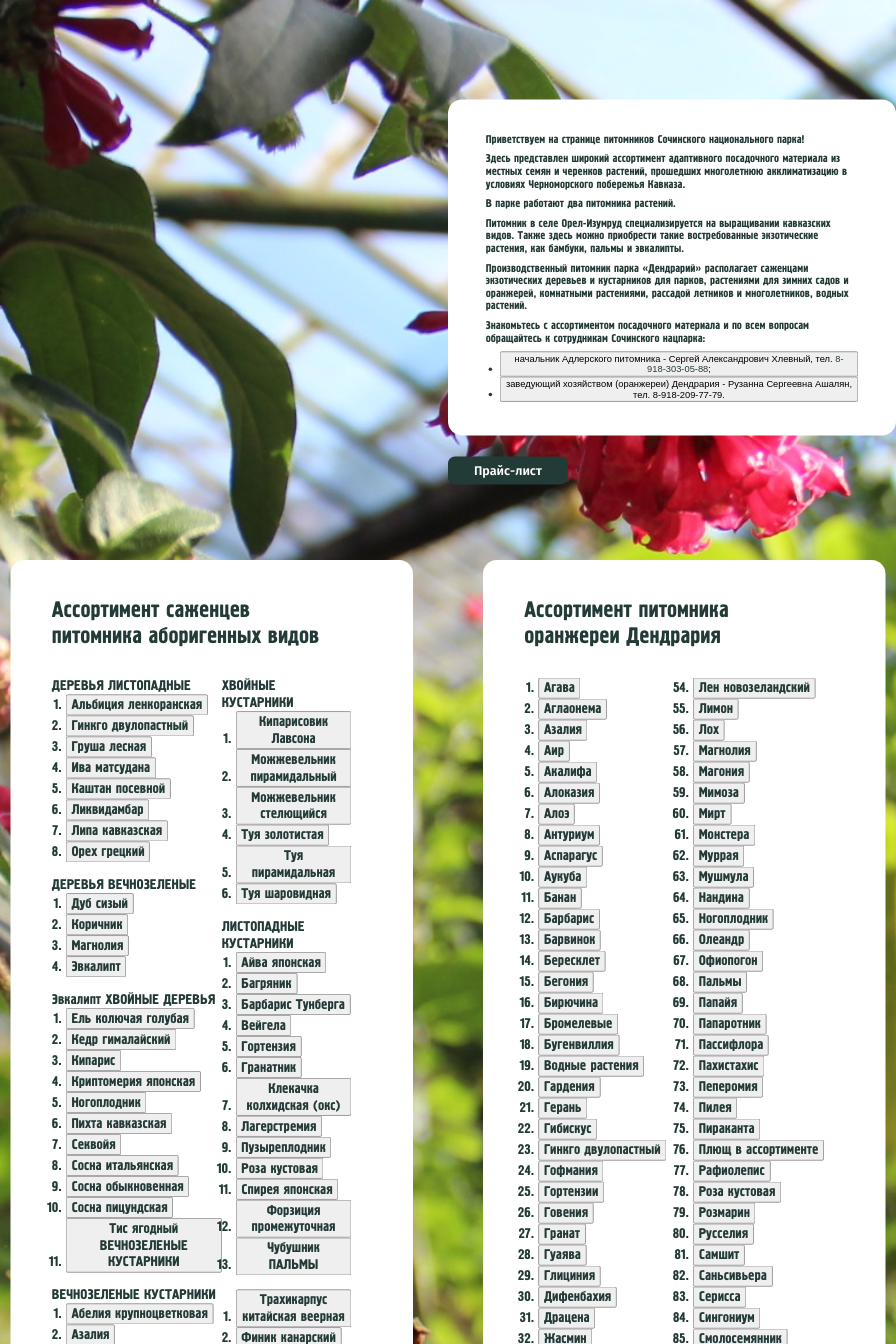
Repository: sem1103/np-sochi
Page: index.html
An editor plug-in stored every save of this project. The page is shown before and after the next save, followed by the edit.
The browser window is 1280 px wide. The pictures show the part of the page from y = 0 to 1920 px (the page is 2843 px tall before and 2525 px after), at 70% of full size.

Above is the page before, as saved 2024-01-17 22:18:58.

### index.html
<!DOCTYPE html>
<html lang="en">

<head>
    <meta charset="UTF-8">
    <meta name="viewport" content="width=device-width, initial-scale=1.0">
    <title>Сочинский Национальный Парк</title>

    <link rel="stylesheet" href="styles/reset.css">
    <link rel="stylesheet" href="styles/main.css">
</head>

<body>
    <div id="page">
        <header></header>

        <main>
            <div class="top__text container">
                <div class="text__content">
                    <p>
                        Приветствуем на странице питомников Сочинского национального парка!
                    </p>
                    <p>
                        Здесь представлен широкий ассортимент адаптивного посадочного материала из местных семян и
                        черенков растений, прошедших многолетнюю акклиматизацию в условиях Черноморского побережья
                        Кавказа.
                    </p>
                    <p>
                        В парке работают два питомника растений.
                    </p>
                    <p>
                        Питомник в селе Орел-Изумруд специализируется на выращивании кавказских видов. Также здесь можно
                        приобрести такие востребованные экзотические растения, как бамбуки, пальмы и эвкалипты.
                    </p>
                    <p>
                        Производственный питомник парка «Дендрарий» располагает саженцами экзотических деревьев и
                        кустарников для парков, растениями для зимних садов и оранжерей, комнатными растениями, рассадой
                        летников и многолетников, водных растений.
                    </p>
                    <p>
                        Знакомьтесь с ассортиментом посадочного материала и по всем вопросам обращайтесь к сотрудникам
                        Сочинского нацпарка:
                    </p>
                    <ul>
                        <li><button>начальник Адлерского питомника - Сергей Александрович Хлевный, тел. <a
                                href="tel:+79183030588">8-918-303-05-88</a>;</button></li>
                        <li><button>заведующий хозяйством (оранжереи) Дендрария - Рузанна Сергеевна Ашалян, тел.
                            8-918-209-77-79.</button></li>
                    </ul>
                </div>
                <div class="price__list">
                    <button>Прайс-лист</button>

                </div>
            </div>

            <div class="items__block container">
                <div class="item">
                    <h3>
                        Ассортимент саженцев <br>
                        питомника аборигенных видов
                    </h3>
                    <div>
                        <div class="left__items">
                            <h5>
                                ДЕРЕВЬЯ ЛИСТОПАДНЫЕ
                            </h5>
                            <ol>
                                <li><button>Альбиция ленкоранская</button></li>
                                <li><button>Гинкго двулопастный</button></li>
                                <li><button>Груша лесная</button></li>
                                <li><button>Ива матсудана</button></li>
                                <li><button>Каштан посевной</button></li>
                                <li><button>Ликвидамбар</button></li>
                                <li><button>Липа кавказская</button></li>
                                <li><button>Орех грецкий</button></li>
                            </ol>

                            <h5>
                                ДЕРЕВЬЯ ВЕЧНОЗЕЛЕНЫЕ
                            </h5>
                            <ol>
                                <li><button>Дуб сизый</button></li>
                                <li><button>Коричник</button></li>
                                <li><button>Магнолия</button></li>
                                <li><button>Эвкалипт</button></li>
                            </ol>

                            <h5>Эвкалипт ХВОЙНЫЕ ДЕРЕВЬЯ</h5>
                            <ol>
                                <li><button>Ель колючая голубая</button></li>
                                <li><button>Кедр гималайский</button></li>
                                <li><button>Кипарис </button></li>
                                <li><button>Криптомерия японская</button></li>
                                <li><button>Ногоплодник </button></li>
                                <li><button>Пихта кавказская</button></li>
                                <li><button>Секвойя </button></li>
                                <li><button>Сосна итальянская</button></li>
                                <li><button>Сосна обыкновенная</button></li>
                                <li><button>Сосна пицундская</button></li>
                                <li><button>Тис ягодный ВЕЧНОЗЕЛЕНЫЕ КУСТАРНИКИ</button></li>
                            </ol>

                            <h5>ВЕЧНОЗЕЛЕНЫЕ КУСТАРНИКИ</h5>
                            <ol>
                                <li><button>Абелия крупноцветковая</button></li>
                                <li><button>Азалия</button></li>
                                <li><button>Аукуба японская</button></li>
                                <li><button>Барбарис Сулье</button></li>
                                <li><button>Бересклет японский</button></li>
                                <li><button>Бересклет Форчуна</button></li>
                                <li><button>Бирючина обыкновенная</button></li>
                                <li><button>Буддлея</button></li>
                                <li><button>Жасмин Месни</button></li>
                                <li><button>Жимолость блестящая</button></li>
                                <li><button>Зверобой триколор</button></li>
                                <li><button>Иглица колхидская</button></li>
                                <li><button>Камелия</button></li>
                                <li><button>Каллистемон</button></li>
                                <li><button>Керия японская</button></li>
                                <li><button>Кизильники</button></li>
                                <li><button>Лавровишня</button></li>
                                <li><button>Магония</button></li>
                                <li><button>Мирт</button></li>
                                <li><button>Нандина домашняя</button></li>
                                <li><button>Олеандр</button></li>
                                <li><button>Падуб</button></li>
                                <li><button>Пираканта</button></li>
                                <li><button>Розмарин</button></li>
                                <li><button>Самшит колхидский</button></li>
                                <li><button>Саркококка</button></li>
                                <li><button>Серисса</button></li>
                                <li><button>Смолосемянник</button></li>
                                <li><button>Эрика</button></li>
                                <li><button>Эскаллония красная</button></li>
                            </ol>
                        </div>

                        <div class="right__items">
                            <h5>ХВОЙНЫЕ КУСТАРНИКИ</h5>
                            <ol>
                                <li><button>Кипарисовик Лавсона</button></li>
                                <li><button>Можжевельник пирамидальный</button></li>
                                <li><button>Можжевельник стелющийся</button></li>
                                <li><button>Туя золотистая</button></li>
                                <li><button>Туя пирамидальная</button></li>
                                <li><button>Туя шаровидная</button></li>
                            </ol>

                            <h5>ЛИСТОПАДНЫЕ КУСТАРНИКИ</h5>
                            <ol>
                                <li><button>Айва японская</button></li>
                                <li><button>Багряник</button></li>
                                <li><button>Барбарис Тунберга</button></li>
                                <li><button>Вейгела</button></li>
                                <li><button>Гортензия</button></li>
                                <li><button>Гранатник</button></li>
                                <li><button>Клекачка колхидская (окс)</button></li>
                                <li><button>Лагерстремия</button></li>
                                <li><button>Пузыреплодник</button></li>
                                <li><button>Роза кустовая</button></li>
                                <li><button>Спирея японская</button></li>
                                <li><button>Форзиция промежуточная</button></li>
                                <li><button>Чубушник ПАЛЬМЫ</button></li>
                            </ol>
                            <ol>
                                <li><button>Трахикарпус китайская веерная</button></li>
                                <li><button>Финик канарский</button></li>
                                <li><button>Хамеропс приземистый</button></li>
                            </ol>
                        </div>
                    </div>
                </div>

                <div class="item">
                    <h3>Ассортимент питомника  <br>
                        оранжереи Дендрария</h3>
                    <div>
                        <div class="left__items">
                            <ol>
                                <li><button>Агава</button></li>
                                <li><button>Аглаонема</button></li>
                                <li><button>Азалия</button></li>
                                <li><button>Аир</button></li>
                                <li><button>Акалифа</button></li>
                                <li><button>Алоказия</button></li>
                                <li><button>Алоэ</button></li>
                                <li><button>Антуриум</button></li>
                                <li><button>Аспарагус</button></li>
                                <li><button>Аукуба</button></li>
                                <li><button>Банан</button></li>
                                <li><button>Барбарис</button></li>
                                <li><button>Барвинок</button></li>
                                <li><button>Бересклет</button></li>
                                <li><button>Бегония</button></li>
                                <li><button>Бирючина</button></li>
                                <li><button>Бромелевые</button></li>
                                <li><button>Бугенвиллия</button></li>
                                <li><button>Водные растения</button></li>
                                <li><button>Гардения</button></li>
                                <li><button>Герань</button></li>
                                <li><button>Гибискус</button></li>
                                <li><button>Гинкго двулопастный</button></li>
                                <li><button>Гофмания</button></li>
                                <li><button>Гортензии</button></li>
                                <li><button>Говения</button></li>
                                <li><button>Гранат</button></li>
                                <li><button>Гуаява</button></li>
                                <li><button>Глициния</button></li>
                                <li><button>Дифенбахия</button></li>
                                <li><button>Драцена</button></li>
                                <li><button>Жасмин</button></li>
                                <li><button>Жимолость</button></li>
                                <li><button>Идезия</button></li>
                                <li><button>Ива</button></li>
                                <li><button>Изолепис</button></li>
                                <li><button>Камелия</button></li>
                                <li><button>Кактус</button></li>
                                <li><button>Кардамон</button></li>
                                <li><button>Канна</button></li>
                                <li><button>Киви</button></li>
                                <li><button>Кизильник</button></li>
                                <li><button>Клеродендрум</button></li>
                                <li><button>Кордилина</button></li>
                                <li><button>Корнус</button></li>
                                <li><button>Красивоплодник</button></li>
                                <li><button>Кротон</button></li>
                                <li><button>Кудрания</button></li>
                                <li><button>Куфея</button></li>
                                <li><button>Лаванда</button></li>
                                <li><button>Лавр</button></li>
                                <li><button>Лавровишня</button></li>
                                <li><button>Лагерстремия</button></li>
                            </ol>
                        </div>

                        <div class="right__items">
                            <ol start="54">
                                <li><button>Лен новозеландский</button></li>
                                <li><button>Лимон</button></li>
                                <li><button>Лох</button></li>
                                <li><button>Магнолия</button></li>
                                <li><button>Магония</button></li>
                                <li><button>Мимоза</button></li>
                                <li><button>Мирт</button></li>
                                <li><button>Монстера</button></li>
                                <li><button>Муррая</button></li>
                                <li><button>Мушмула</button></li>
                                <li><button>Нандина</button></li>
                                <li><button>Ногоплодник</button></li>
                                <li><button>Олеандр</button></li>
                                <li><button>Офиопогон</button></li>
                                <li><button>Пальмы</button></li>
                                <li><button>Папайя</button></li>
                                <li><button>Папаротник</button></li>
                                <li><button>Пассифлора</button></li>
                                <li><button>Пахистахис</button></li>
                                <li><button>Пеперомия</button></li>
                                <li><button>Пилея</button></li>
                                <li><button>Пираканта</button></li>
                                <li><button>Плющ в ассортименте</button></li>
                                <li><button>Рафиолепис</button></li>
                                <li><button>Роза кустовая</button></li>
                                <li><button>Розмарин</button></li>
                                <li><button>Русселия</button></li>
                                <li><button>Самшит</button></li>
                                <li><button>Саньсивьера</button></li>
                                <li><button>Серисса</button></li>
                                <li><button>Сингониум</button></li>
                                <li><button>Смолосемянник</button></li>
                                <li><button>Спирея</button></li>
                                <li><button>Спатифилиум</button></li>
                                <li><button>Суккуленты</button></li>
                                <li><button>Сциндапсус</button></li>
                                <li><button>Текома</button></li>
                                <li><button>Тетрастигма</button></li>
                                <li><button>Тунбергия</button></li>
                                <li><button>Фатсхидера</button></li>
                                <li><button>Фейхоа</button></li>
                                <li><button>Фикус</button></li>
                                <li><button>Филодендрон</button></li>
                                <li><button>Фиттония</button></li>
                                <li><button>Форзиция</button></li>
                                <li><button>Хвойные</button></li>
                                <li><button>Хлорофитум</button></li>
                                <li><button>Хоста</button></li>
                                <li><button>Циперус</button></li>
                                <li><button>Циссус</button></li>
                                <li><button>Эвкалипт</button></li>
                                <li><button>Юкка</button></li>
                                <li><button>Якобиния</button></li>
                            </ol>
                        </div>
                    </div>

                </div>
            </div>
        </main>

        <footer></footer>
    </div>
</body>

</html>

### styles/reset.css

:root{
    --gray: #233B37;
}
html{
    scroll-behavior: smooth;
}
html,
body,
div,
span,
applet,
object,
iframe,
h1,
h2,
h3,
h4,
h5,
h6,
p,
blockquote,
pre,
a,
abbr,
acronym,
address,
big,
cite,
code,
del,
dfn,
em,
img,
ins,
kbd,
q,
s,
samp,
small,
strike,
strong,
sub,
sup,
tt,
var,
b,
u,
i,
center,
dl,
dt,
dd,
ol,
ul,
li,
fieldset,
form,
label,
legend,
table,
caption,
tbody,
tfoot,
thead,
tr,
th,
td,
article,
aside,
canvas,
details,
embed,
figure,
figcaption,
footer,
header,
hgroup,
menu,
nav,
output,
ruby,
section,
summary,
time,
mark,
audio,
video {
    margin: 0;
    padding: 0;
    border: 0;
    font-size: 100%;
    font: inherit;
    vertical-align: baseline
}

article,
aside,
details,
figcaption,
figure,
footer,
header,
hgroup,
menu,
nav,
section {
    display: block
}

body {
    line-height: 1;
    font-family: Hermes;
}

ol,
ul {
    list-style: none
}

blockquote,
q {
    quotes: none
}

blockquote:before,
blockquote:after,
q:before,
q:after {
    content: '';
    content: none
}

table {
    border-collapse: collapse;
    border-spacing: 0
}

a {
    text-decoration: none;
    color: var(--gray);
    transition: all .3s ease-in-out
}

a:hover {
    color: #365edc;
}

* {
    box-sizing: border-box
}




.active__menu{
    opacity: .7;
    color: var(--gray);
}
#page{
    min-height: 100vh;
}

.container{
    max-width: 1652px;
    margin: auto;
    padding: 0 15px;
}
main img{
    width: 100%;
    height: auto;
}

### styles/main.css
@import url('https://fonts.googleapis.com/css2?family=Fira+Sans:wght@600&display=swap');
@font-face {
    font-family: 'Hermes';
    src: url('font/hermes.ttf'),
    url(font/hermes.woff),
    url(font/hermes.woff2) ;

}


main{
    background: url(../img/main-bg.png) center/cover;
}
p, li{
    font: 16px 'Hermes';
    color: var(--gray);
}
p{
    margin: 0 0 10px 0;
}
.top__text{
    padding: 142px 0 108px 0;
}
.text__content{
    padding: 48px 54px;
    background-color: #fff;
    width: 50%;
    margin: 0 0 30px auto;
    border-radius: 20px;
}
li{
    list-style: disc;
    margin: 0 0 0 20px;
}
.price__list{
    width: 50%;
    margin: 0 0 0 auto;
}
.price__list button{
    padding: 9px 37px;
    font: 600 18px 'Fira Sans';
    margin: 0;
    background: var(--gray);
    color: #fff;
    border: 0;
    border-radius: 10px;
}

h3{
    color: var(--gray);
    font: 32px 'Hermes';
    margin: 0 0 40px 0;
}
h5{
    color: var(--gray);
    font: 20px Hermes;
}
.items__block{
    display: flex;
    flex-direction: row;
    justify-content: space-between;
}
.item{
    flex-basis: calc(50% - 50px);
    background: #fff;
    padding: 52px 88px 61px 59px;
    border-radius: 20px;

}
.item > div{
    display: flex;
    justify-content: space-between;
}
ol{
    margin: 0 0 20px 0;
}
ol li{
    list-style: decimal;
    font: 20px Hermes;
    color: var(--gray);
}
ol button{
    font: inherit;
    color: inherit;
}

After the next save:
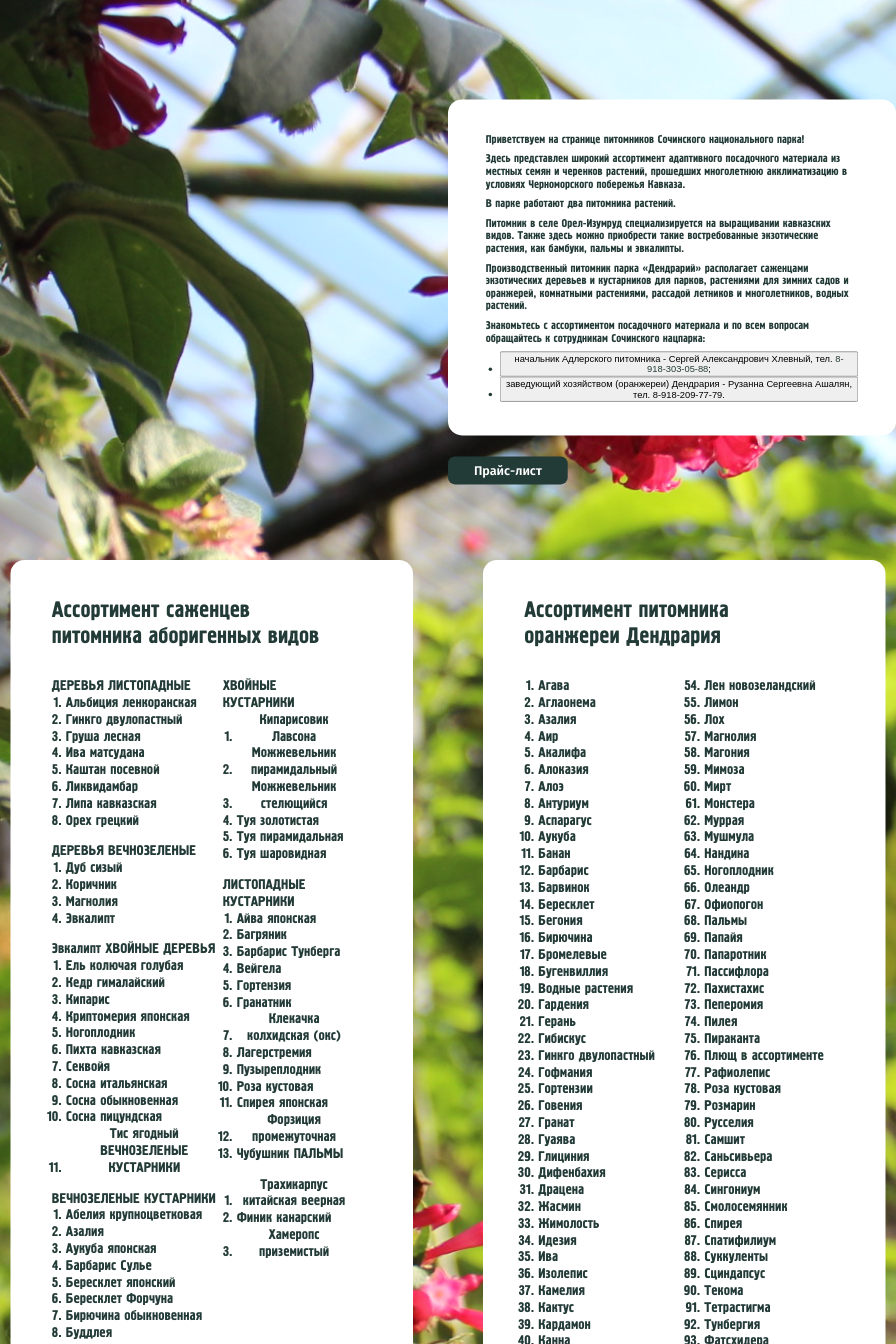
Saved 14 s later.
--- a/styles/main.css
+++ b/styles/main.css
@@ -82,4 +82,7 @@ ol li{
 ol button{
     font: inherit;
     color: inherit;
+    border: 0;
+    padding: 0;
+    background: transparent;
 }
